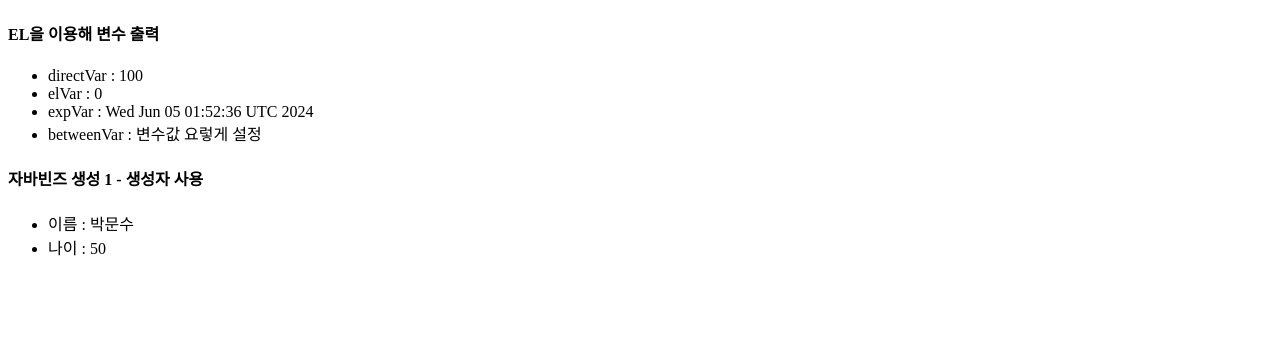
Repository: Park-Dongheon/Servlet-JSP_Training
Page: http://localhost/MustHaveJSP/11JSTL/core/Set1.jsp
These files come from the project's save history. The page is drawn as it stood at one moment and after the next save; the edit follows.
The browser window is 1280 px wide. The pictures show the whole page.
The page is served by Tomcat 10.

Above is the page before, as saved 2024-06-24 06:52:37.

After the next save:
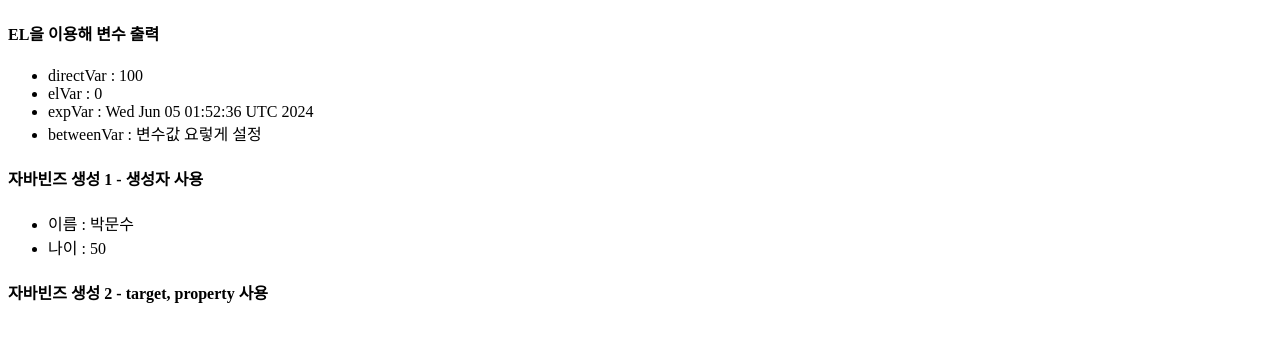
Saved 112 s later.
--- a/MustHaveJSP/src/main/webapp/11JSTL/core/Set1.jsp
+++ b/MustHaveJSP/src/main/webapp/11JSTL/core/Set1.jsp
@@ -30,5 +30,10 @@
 		<li>이름 : ${ requestScope.personVar1.name }</li>
 		<li>나이 : ${ personVar1.age }</li>
 	</ul>
+
+	<h4>자바빈즈 생성 2 - target, property 사용</h4>
+	<c:set var="personVar2" value="<%= new Person() %>" scope="request" />
+	<c:set target="${ personVar2 }" property="name" value="정약욕"/>
+	<c:set target="${ personVar2 }" property="age" value="60"/>
 </body>
 </html>
